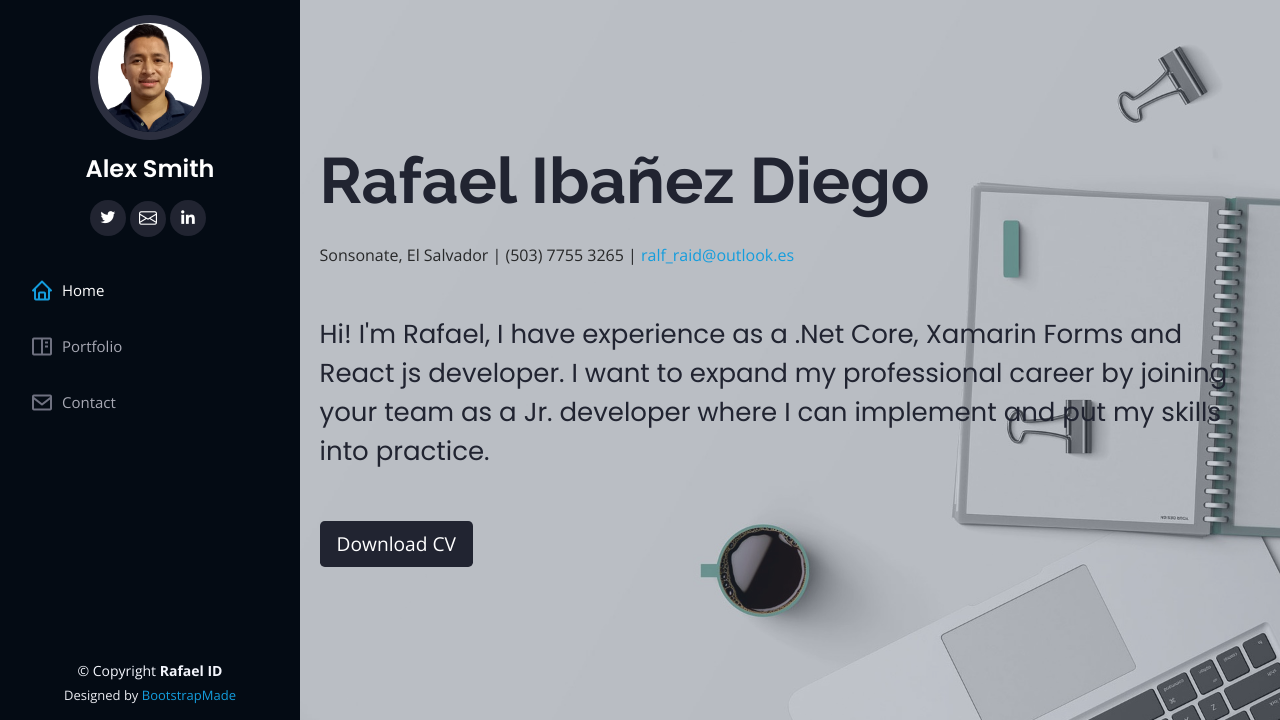
Repository: ralfId/myportfolio
Page: /index
The author's editor kept a copy of each file at every save. The page is drawn from the files as they stood at one save, then again after the next save.
The browser window is 1280 px wide. The pictures show the whole page.
The project was rebuilt for these pictures with package versions that can differ from the ones it lists, and the page was loaded fresh each time. Also part of the build but not shown: src/data/projects.js, src/components/Projects/ProjectItem.js, src/components/Projects/ProjectIndex.js, src/helpers/ProjectById.js, src/components/Projects/ProjectDetail.js.

Above is the page before, as saved 2021-09-20 18:35:45.

After the next save:
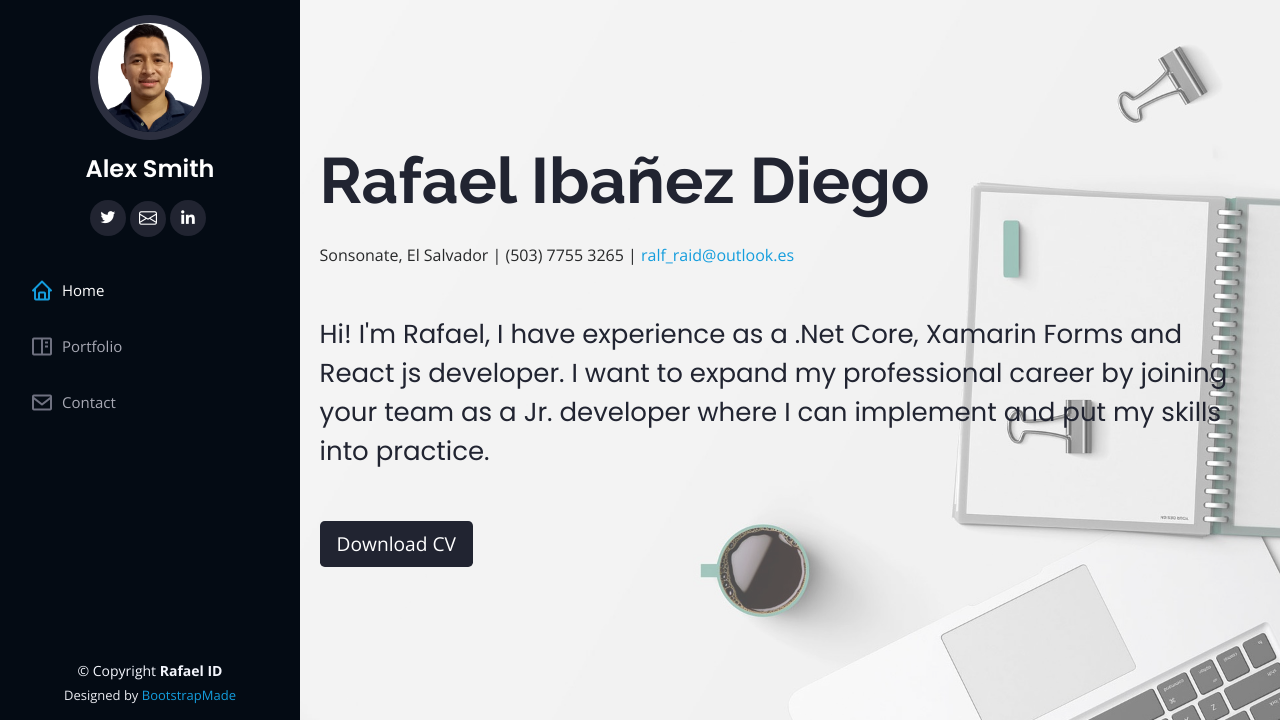
Saved 53 s later.
--- a/public/css/style.css
+++ b/public/css/style.css
@@ -246,7 +246,7 @@ h6 {
 
   #hero:before {
     content: "";
-    background: rgba(68, 81, 99, 0.3);
+    background: rgba(255, 255, 255, 0.3);
     position: absolute;
     bottom: 0;
     top: 0;
